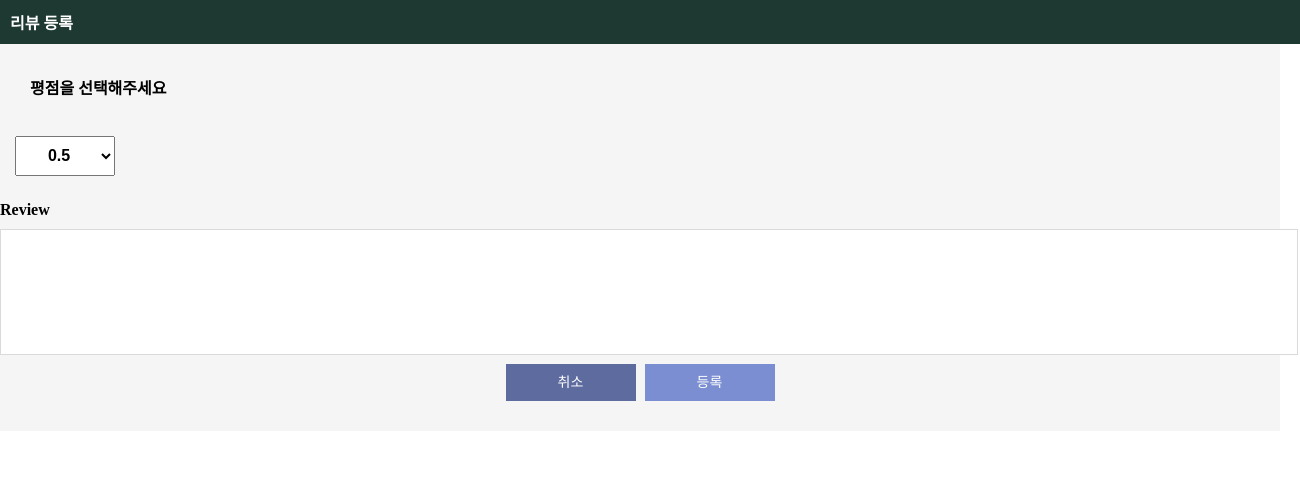
Repository: KimYoungHwans/Yproject
Page: http://localhost/Yproject/WEB-INF/views/replyEnroll.jsp
An editor plug-in stored every save of this project. The page is shown before and after a run of saves, followed by the edit.
The browser window is 1280 px wide. The page is 1300 px wide, so the pictures cover 1300 px, including what lies to the right of the window. The pictures show the whole page.
The page is served by Tomcat 9. Nobody is signed in. Other server files are loaded and not shown. The template is opened directly, without the code that normally fills it, so the values that code supplies are empty.

Above is the page before, as saved 2023-01-18 07:09:27.

### workspace/Yproject/src/main/webapp/WEB-INF/views/replyEnroll.jsp
<%@ page language="java" contentType="text/html; charset=UTF-8"
    pageEncoding="UTF-8"%>
<!DOCTYPE html>
<html>
<head>
<meta charset="UTF-8">
<title>Insert title here</title>

<script
  src="https://code.jquery.com/jquery-3.4.1.js"
  integrity="sha256-WpOohJOqMqqyKL9FccASB9O0KwACQJpFTUBLTYOVvVU="
  crossorigin="anonymous"></script>

   <style type="text/css">
  	/* 창 여분 없애기 */
  	body{
  		margin : 0;
  	}
  	/* 전체 배경화면 색상 */
  	.wrapper_div{
		background-color: #f5f5f5;
	    height: 100%;
  	}
 	/* 팝업창 제목 */
  	.subject_div{
	    width: 100%;
	    background-color: #1E3932;
	    color: white;
	    padding: 10px;
	    font-weight: bold;
  	}

  	/* 컨텐츠, 버튼 영역 padding */
  	.input_wrap{
  		padding: 30px;
  	}
  	.btn_wrap{
  		padding: 5px 30px 30px 30px;
  		text-align: center;
  	}

  	/* 버튼 영역 */
  	.cancle_btn{
  		margin-right:5px;
  	    display: inline-block;
	    width: 130px;
	    background-color: #5e6b9f;
	    padding-top: 10px;
	    height: 27px;
	    color: #fff;
	    font-size: 14px;
	    line-height: 18px;
  	}
  	.enroll_btn{
   	    display: inline-block;
	    width: 130px;
	    background-color: #7b8ed1;
	    padding-top: 10px;
	    height: 27px;
	    color: #fff;
	    font-size: 14px;
	    line-height: 18px;
  	}

	/* 상품제목 영역 */
	.productName_div h2{
		margin : 0;
	}
  	/* 평점 영역 */
  	.rating_div{
  		padding-top: 10px;
  	}
  	.rating_div h4{
  		margin-left: 30px;
  	}
  	select{
  	margin: 15px;
    width: 100px;
    height: 40px;
    text-align: center;
    font-size: 16px;
    font-weight: 600;
  	}
  	/* 리뷰 작성 영역 */
  	.content_div{
  		padding-top: 10px;
  	}
  	.content_div h4{
  		margin : 0;
  	}
  	textarea{
		width: 100%;
	    height: 100px;
	    border: 1px solid #dadada;
	    padding: 12px 8px 12px 8px;
	    font-size: 15px;
	    color: #a9a9a9;
	    resize: none;
	    margin-top: 10px;
  	}

  </style>
</head>
<body>

	<div class="wrapper_div">
		<div class="subject_div">
			리뷰 등록
		</div>

		<div class="rating_div">
			<h4> 평점을 선택해주세요 </h4>
				<select name="rating">
					<option value="0.5">0.5</option>
					<option value="1.0">1.0</option>
					<option value="1.5">1.5</option>
					<option value="2.0">2.0</option>
					<option value="2.5">2.5</option>
					<option value="3.0">3.0</option>
					<option value="3.5">3.5</option>
					<option value="4.0">4.0</option>
					<option value="4.5">4.5</option>
					<option value="5.0">5.0</option>
				</select>
		</div>
		<div class="content_div">
			<h4>Review</h4>
			<textarea name="content"></textarea>
		</div>

		<div class="btn_wrap">
			<a class="cancle_btn">취소</a>
			<a class="enroll_btn">등록</a>
		</div>

	</div>


	<script>

	//취소 버튼
	$(".cancle_btn").on("click", function(e){

		window.close();
	});


	//등록 버튼
	$(".enroll_btn").on("click",function(e){

		const productId = '${productIntro.productId}';
		const memberId = '${memberId}';
		const rating = $("select").val();
		const content = $("textarea").val();

		const data = {
				productId : productId,
				memberId : memberId,
				rating : rating,
				content : content
		}

		$.ajax({
			data : data,
			type : 'POST',
			url : '/reply/enroll',
			success : function(result){

				//댓글 초기화 후 팝업 창 닫아주기
				$(opener.location).attr("href", "javascript:replyListInit();");
				window.close();

			}

		});
	});

	</script>

</body>
</html>

After the next 2 saves:
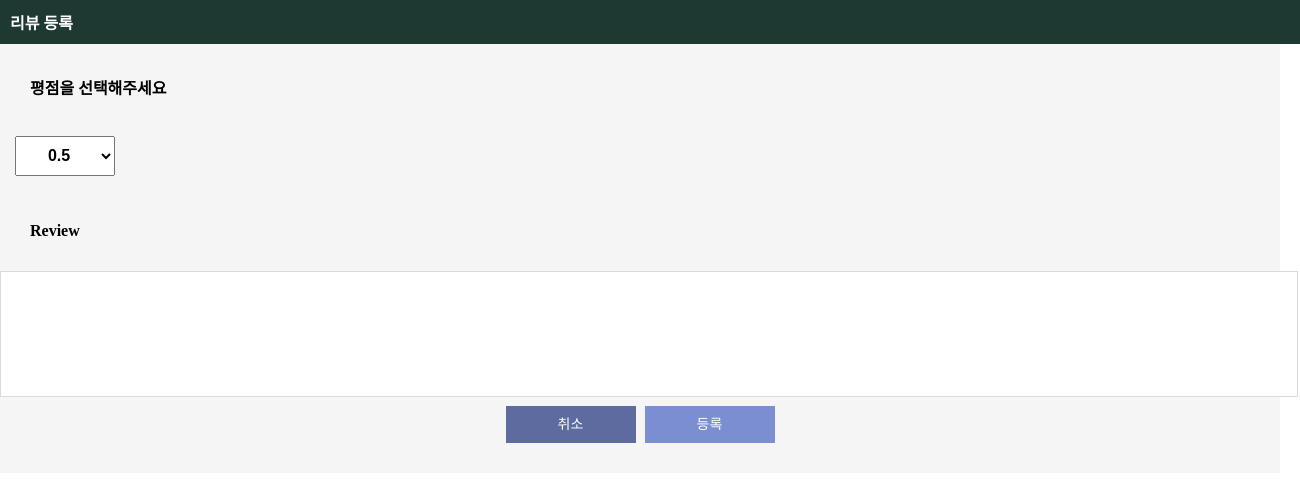
The 2 saves are shown as one change because they came seconds apart.
The last was saved 86 s later.
--- a/workspace/Yproject/src/main/webapp/WEB-INF/views/replyEnroll.jsp
+++ b/workspace/Yproject/src/main/webapp/WEB-INF/views/replyEnroll.jsp
@@ -86,7 +86,7 @@
   		padding-top: 10px;
   	}
   	.content_div h4{
-  		margin : 0;
+  		margin-left : 30px;
   	}
   	textarea{
 		width: 100%;
